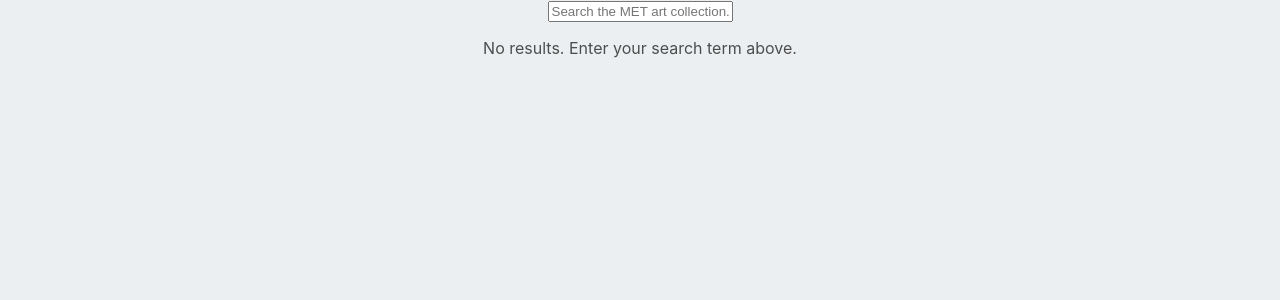
Repository: edulis8/MetSearchTool
Page: /
These files come from the project's save history. The page is drawn as it stood at one moment and after a run of saves; the edit follows.
The browser window is 1280 px wide. The pictures show the whole page.
The project was rebuilt for these pictures with package versions that can differ from the ones it lists, and the page was loaded fresh each time. Also part of the build but not shown: src/Pokecard.css, src/Pokecard.js, src/Pokedex.js.

Above is the page before, as saved 2020-01-16 12:05:37.

### src/App.js
import React from 'react';
import './App.css';
import Pokedex from './Pokedex';
import PokeGame from './PokeGame';

function App() {
  return (
    <div className="App">
      <PokeGame />
    </div>
  );
}

export default App;

### src/PokeGame.js
import React, { Component } from 'react'
// import Pokedex from './Pokedex';
import Axios from 'axios';
import Pokecard from './Pokecard';
// import './Pokedex.css';
const MET_API_BASE = 'https://collectionapi.metmuseum.org/public/collection/v1';

const debounce = (fn, delay) => {
    let timer = null;
    return function (...args) {
        const context = this;
        timer && clearTimeout(timer);
        timer = setTimeout(() => {
            fn.apply(context, args);
        }, delay);
    };
}


class PokeGame extends Component {
    constructor(props) {
        super(props);
        this.state = {
            objects: [],
            searchTerm: '',
            searching: false,
            dirty: false
        }
        this.handleSearchInputChanges = this.handleSearchInputChanges.bind(this);
        this.search = debounce(this.search, 300);
    }
    // static defaultProps = {
    //     test: [
    //     ]
    // }
    handleSearchInputChanges(e) {
        const searchTerm = e.target.value;
        this.setState({ searchTerm, dirty: true })
        // console.log(this.state.searchTerm);
        this.search(searchTerm);
    }
    search(searchTerm) {
        console.log('searchTerm state', this.state.searchTerm);
        console.log('searchTerm local', searchTerm);
        this.setState({ objects: [], searching: true })

        Axios.get(`${MET_API_BASE}/search?q=${searchTerm}`).then((response) => {
            // console.log(response.data.objectIDs.slice(0, 20));
            // console.log(response.status, response.statusText);
            console.log('RESPONSE', response);
            if (response.data.objectIDs) {
                const objectIDs = response.data.objectIDs.slice(0, 20);
                objectIDs.forEach((id, idx) => {
                    Axios.get(`${MET_API_BASE}/objects/${id}`).then((response) => {
                        // console.log(idx, response.data);
                        const newObjects = [...this.state.objects, response.data];
                        // newObjects.push(response.data);
                        this.setState({ objects: newObjects, searching: false })
                    })
                });
            } else {
                this.setState({ objects: [], searching: false })
            }
        });
    }
    componentDidMount() {
        console.log('didMount');
    }
    render() {
        return (
            <div className='Pokedex'>
                {/* <p>{this.state.objects.length}</p> */}
                {/* <p>{this.state.searching.toString()}</p> */}

                <input type="text" placeholder="Search the MET art collection..." onChange={this.handleSearchInputChanges} />
                <div class="Pokedex-cards">
                    {this.state.objects.map(object =>
                        <div className='Pokedex-cards'>
                            <Pokecard {...object} />
                        </div>

                    )}
                    {!this.state.dirty && !this.state.objects.length && !this.state.searching && <p>No results. Enter your search term above.</p>}
                    {this.state.searching && <p>Searching...</p>}
                </div>
            </div>
        )
    }
}

export default PokeGame;

### src/Pokedex.css
.Pokedex {
    text-align: center;
}
.Pokedex-cards {
    display: flex;
    justify-content: space-evenly;
    flex-wrap: wrap;
}

Loaded but not shown: public/index.html (common file); src/index.js (common file); src/index.css (common file); src/serviceWorker.js (common file); src/App.css (common file)

After the next 3 saves:
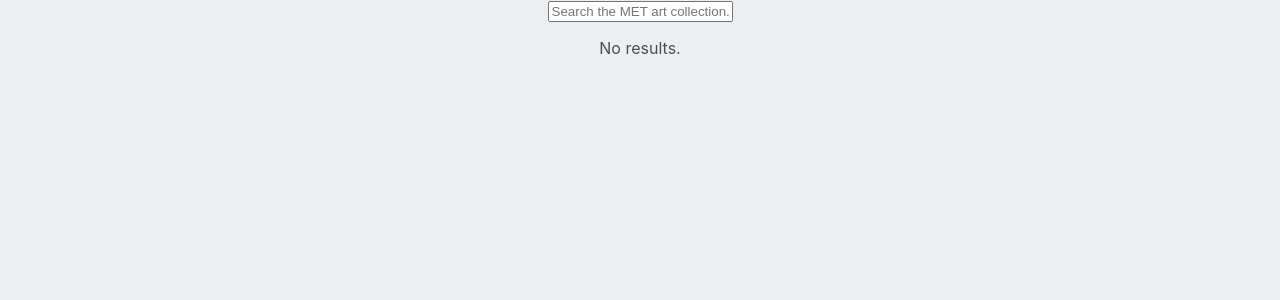
The 3 saves are shown as one change because they came seconds apart.
The last was saved 10 s later.
--- a/src/PokeGame.js
+++ b/src/PokeGame.js
@@ -80,7 +80,8 @@ class PokeGame extends Component {
                         </div>
 
                     )}
-                    {!this.state.dirty && !this.state.objects.length && !this.state.searching && <p>No results. Enter your search term above.</p>}
+
+                    {!this.state.dirty && !this.state.objects.length && !this.state.searching && <p>No results.</p>}
                     {this.state.searching && <p>Searching...</p>}
                 </div>
             </div>
